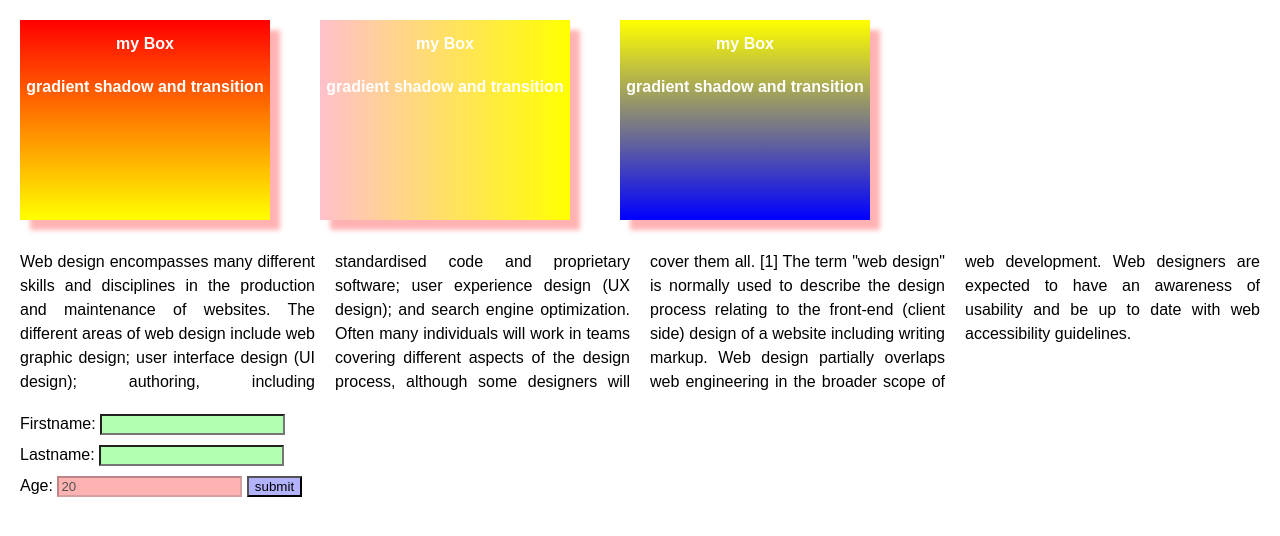
Repository: nuwat-wa/Lab_Ass_WebDesign
Page: HW04-2_IT_Sec1/lab4-2.html
An editor plug-in stored every save of this project. The page is shown before and after a run of saves, followed by the edit.
The browser window is 1280 px wide. The pictures show the whole page.

Above is the page before, as saved 2026-10-20 23:33:23.

### HW04-2_IT_Sec1/lab4-2.html
<!doctype html>
<html lang="th">
  <head>
    <meta charset="UTF-8" />
    <meta name="viewport" content="width=device-width, initial-scale=1.0" />
    <title>Lab 4-2</title>

    <style>
      body {
        font-family: Arial, sans-serif;
        margin: 20px;
        color: #000;
      }

      .box-container {
        display: flex;
        flex-wrap: wrap;
        align-items: flex-start;
        gap: 50px;
        margin-bottom: 30px;
      }

      .box {
        width: 250px;
        height: 200px;
        flex-shrink: 0;
        text-align: center;
        color: #fff;
        font-weight: bold;
        box-shadow: 10px 10px 5px rgba(255, 0, 0, 0.3);
        transition: width 2s;
      }

      .box h2 {
        font-size: 16px;
        color: #fff;
        margin-top: 15px;
      }

      .box p {
        font-size: 16px;
        margin: 25px 5px 0;
      }

      .box:hover {
        width: 300px;
      }

      .box1 {
        background: linear-gradient(to bottom, red, yellow);
      }

      .box2 {
        background: linear-gradient(to right, pink, yellow);
      }

      .box3 {
        background: linear-gradient(to top, blue, yellow);
      }

      .column-section {
        margin-top: 10px;
      }

      .column-section h2 {
        font-size: 22px;
        margin-bottom: 10px;
      }

      .column-text {
        column-count: 4;
        column-gap: 20px;
        margin-top: 10px;
        line-height: 1.5;
        text-align: justify;
      }

      .column-text p {
        margin-top: 0;
      }

      .form-section {
        margin-top: 20px;
      }

      .form-row {
        margin-bottom: 10px;
      }

      input:enabled {
        background-color: rgba(0, 255, 0, 0.3);
      }

      input:disabled {
        background-color: rgba(255, 0, 0, 0.3);
      }

      input[type="submit"] {
        background-color: rgba(0, 0, 255, 0.3);
        cursor: pointer;
      }
    </style>
  </head>

  <body>
    <section class="box-container">
      <div class="box box1">
        <h2>my Box</h2>
        <p>gradient shadow and transition</p>
      </div>

      <div class="box box2">
        <h2>my Box</h2>
        <p>gradient shadow and transition</p>
      </div>

      <div class="box box3">
        <h2>my Box</h2>
        <p>gradient shadow and transition</p>
      </div>
    </section>

    <section class="column-section">

      <div class="column-text">
        <p>
          Web design encompasses many different skills and disciplines in the
          production and maintenance of websites. The different areas of web
          design include web graphic design; user interface design (UI design);
          authoring, including standardised code and proprietary software; user
          experience design (UX design); and search engine optimization. Often
          many individuals will work in teams covering different aspects of the
          design process, although some designers will cover them all. [1] The
          term "web design" is normally used to describe the design process
          relating to the front-end (client side) design of a website including
          writing markup. Web design partially overlaps web engineering in the
          broader scope of web development. Web designers are expected to have
          an awareness of usability and be up to date with web accessibility
          guidelines.
        </p>
      </div>
    </section>

    <section class="form-section">
      <form action="#" method="get">
        <div class="form-row">
          <label for="firstname">Firstname:</label>
          <input type="text" id="firstname" name="firstname" />
        </div>

        <div class="form-row">
          <label for="lastname">Lastname:</label>
          <input type="text" id="lastname" name="lastname" />
        </div>

        <div class="form-row">
          <label for="age">Age:</label>
          <input type="number" id="age" name="age" value="20" disabled />

          <input type="submit" value="submit" />
        </div>
      </form>
    </section>
  </body>
</html>

After the next 3 saves:
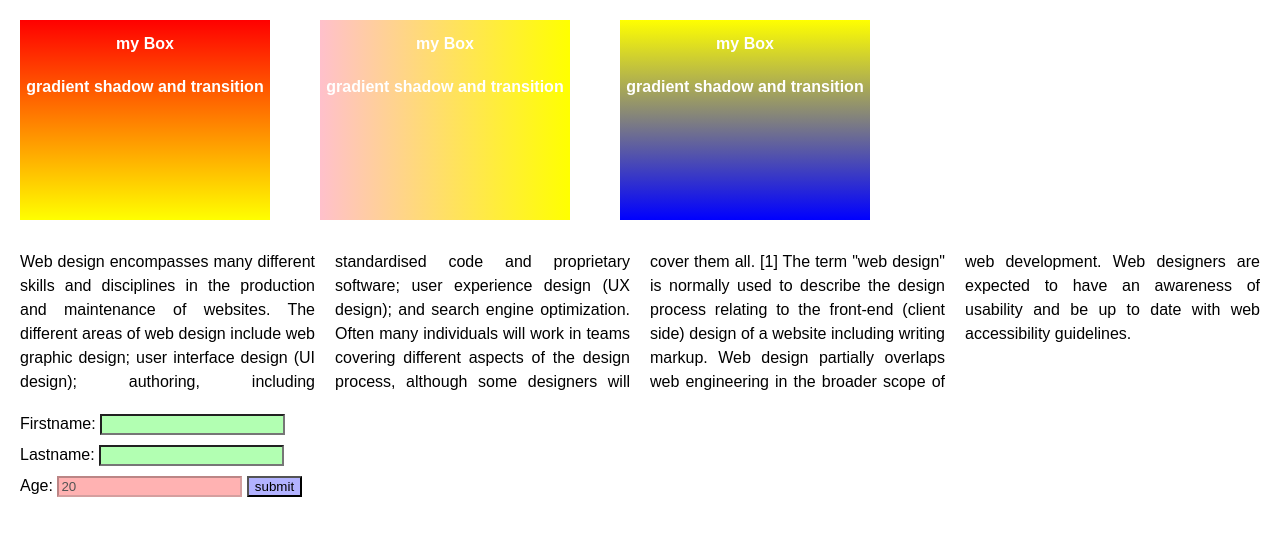
The 3 saves are shown as one change because they came seconds apart.
The last was saved 94 s later.
--- a/HW04-2_IT_Sec1/lab4-2.html
+++ b/HW04-2_IT_Sec1/lab4-2.html
@@ -27,7 +27,6 @@
         text-align: center;
         color: #fff;
         font-weight: bold;
-        box-shadow: 10px 10px 5px rgba(255, 0, 0, 0.3);
         transition: width 2s;
       }
 
@@ -121,7 +120,6 @@
     </section>
 
     <section class="column-section">
-
       <div class="column-text">
         <p>
           Web design encompasses many different skills and disciplines in the
